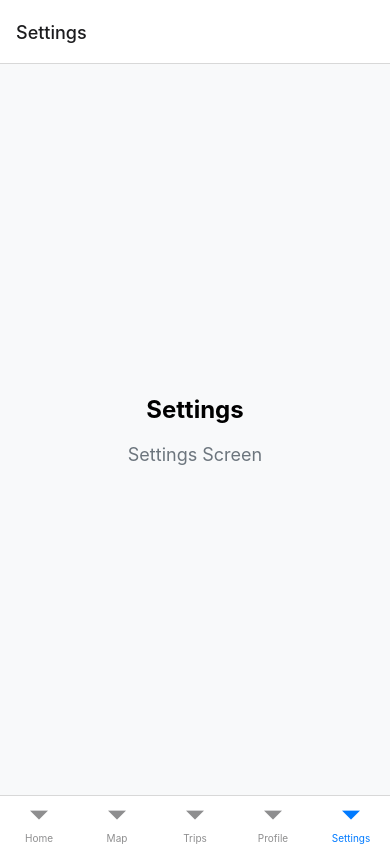
Repository: JordanShackelford/TruckFleet360
Screen: /Settings
An editor plug-in stored every save of this project. The screen is shown before and after the next save, followed by the edit.
The app was drawn by React Native's web renderer in a window 390 px wide. The project was rebuilt for these pictures with package versions that can differ from the ones it lists, and the page was loaded fresh each time. Also part of the build but not shown: src/screens/ProfileScreen.js, src/screens/MapScreen.js, src/screens/TripsScreen.js.

Above is the screen before, as saved 2024-07-01 22:18:45.

After the next save:
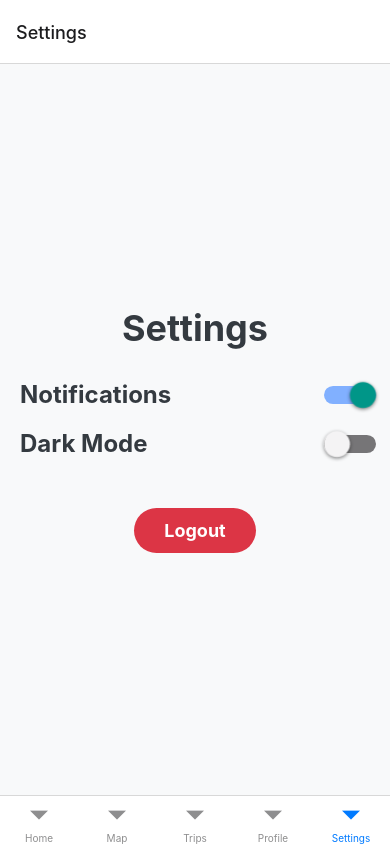
Saved 30 s later.
--- a/src/screens/SettingsScreen.js
+++ b/src/screens/SettingsScreen.js
@@ -1,11 +1,48 @@
 import React from 'react';
-import { View, Text, StyleSheet } from 'react-native';
+import { View, Text, StyleSheet, Switch, TouchableOpacity } from 'react-native';
 
 function SettingsScreen() {
+  const [notificationsEnabled, setNotificationsEnabled] = React.useState(true);
+  const [darkModeEnabled, setDarkModeEnabled] = React.useState(false);
+
+  const toggleNotifications = () => {
+    setNotificationsEnabled((prev) => !prev);
+  };
+
+  const toggleDarkMode = () => {
+    setDarkModeEnabled((prev) => !prev);
+  };
+
   return (
     <View style={styles.container}>
       <Text style={styles.title}>Settings</Text>
-      <Text style={styles.text}>Settings Screen</Text>
+      <View style={styles.section}>
+        <Text style={styles.sectionTitle}>Notifications</Text>
+        <View style={styles.switchContainer}>
+          <Switch
+            trackColor={{ false: "#767577", true: "#81b0ff" }}
+            thumbColor={notificationsEnabled ? "#f5dd4b" : "#f4f3f4"}
+            ios_backgroundColor="#3e3e3e"
+            onValueChange={toggleNotifications}
+            value={notificationsEnabled}
+          />
+        </View>
+      </View>
+      <View style={styles.section}>
+        <Text style={styles.sectionTitle}>Dark Mode</Text>
+        <View style={styles.switchContainer}>
+          <Switch
+            trackColor={{ false: "#767577", true: "#81b0ff" }}
+            thumbColor={darkModeEnabled ? "#f5dd4b" : "#f4f3f4"}
+            ios_backgroundColor="#3e3e3e"
+            onValueChange={toggleDarkMode}
+            value={darkModeEnabled}
+          />
+        </View>
+      </View>
+      <TouchableOpacity style={styles.button}>
+        <Text style={styles.buttonText}>Logout</Text>
+      </TouchableOpacity>
     </View>
   );
 }
@@ -16,15 +53,41 @@ const styles = StyleSheet.create({
     justifyContent: 'center',
     alignItems: 'center',
     backgroundColor: '#f8f9fa',
+    padding: 20,
   },
   title: {
+    fontSize: 36,
+    fontWeight: 'bold',
+    marginBottom: 30,
+    color: '#343a40',
+  },
+  section: {
+    flexDirection: 'row',
+    alignItems: 'center',
+    justifyContent: 'space-between',
+    width: '100%',
+    marginBottom: 20,
+  },
+  sectionTitle: {
     fontSize: 24,
     fontWeight: 'bold',
-    marginBottom: 20,
+    color: '#343a40',
   },
-  text: {
+  switchContainer: {
+    transform: [{ scaleX: 1.3 }, { scaleY: 1.3 }], // Adjust size of switch for better touch response
+  },
+  button: {
+    backgroundColor: '#dc3545',
+    paddingVertical: 12,
+    paddingHorizontal: 30,
+    borderRadius: 25,
+    marginTop: 30,
+  },
+  buttonText: {
     fontSize: 18,
-    color: '#6c757d',
+    color: '#fff',
+    fontWeight: 'bold',
+    textAlign: 'center',
   },
 });
 
